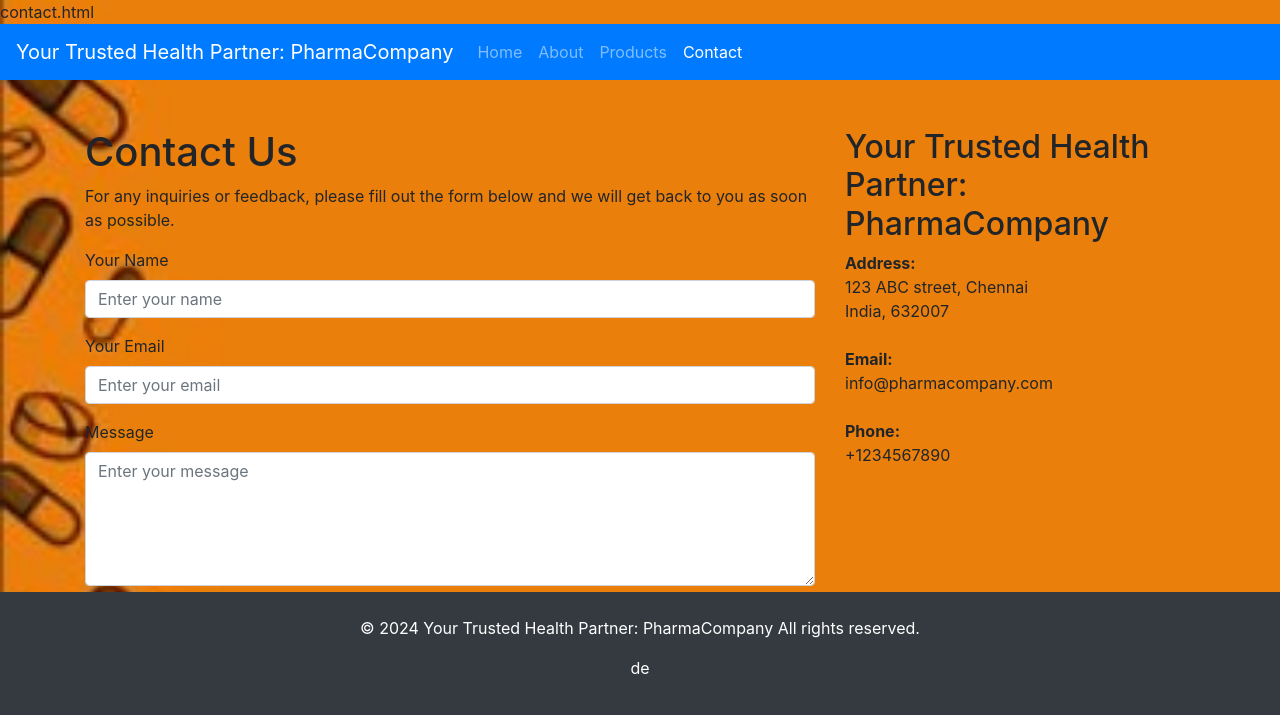
Repository: Oviya24032K6/Pharma
Page: oviya/pharmapp/static/contact.html
These files come from the project's save history. The page is drawn as it stood at one moment and after the next save; the edit follows.
The browser window is 1280 px wide. The pictures show the whole page.

Above is the page before, as saved 2024-05-06 23:30:29.

### oviya/pharmapp/static/contact.html
contact.html

<!DOCTYPE html>
<html lang="en">
<head>
  <meta charset="UTF-8">
  <meta name="viewport" content="width=device-width, initial-scale=1.0">
  <title>Contact Us - Your Trusted Health Partner: PharmaCompany</title>
  <!-- Bootstrap CSS -->
  <link href="https://stackpath.bootstrapcdn.com/bootstrap/4.5.2/css/bootstrap.min.css" rel="stylesheet">
  <!-- Custom CSS -->
  <style>
    body {
      background-image: url("orange.jpg");
      background-size: cover;
      background-repeat: no-repeat;
    }
    footer{
      position: fixed;
      left: 0;
      bottom: 0;
      width: 100%;
      background-color: #000101;
      color: white;
      text-align: center;
      padding: 10px 0;
    }
  </style>
</head>
<body>

  <!-- Navbar -->
  <nav class="navbar navbar-expand-lg navbar-dark bg-primary">
    <a class="navbar-brand" href="#">Your Trusted Health Partner: PharmaCompany</a>
    <button class="navbar-toggler" type="button" data-toggle="collapse" data-target="#navbarSupportedContent" aria-controls="navbarSupportedContent" aria-expanded="false" aria-label="Toggle navigation">
      <span class="navbar-toggler-icon"></span>
    </button>

    <div class="collapse navbar-collapse" id="navbarSupportedContent">
      <ul class="navbar-nav mr-auto">
        <li class="nav-item">
          <a class="nav-link" href="web.html">Home</a>
        </li>
        <li class="nav-item">
          <a class="nav-link" href="innovaion.html">About</a>
        </li>
        <li class="nav-item">
          <a class="nav-link" href="product.html">Products</a>
        </li>
        <li class="nav-item active">
          <a class="nav-link" href="contact.html">Contact <span class="sr-only">(current)</span></a>
        </li>
      </ul>
    </div>
  </nav>

  <!-- Page Content -->
  <div class="container mt-5">
    <div class="row">
      <div class="col-md-8">
        <h1>Contact Us</h1>
        <p>For any inquiries or feedback, please fill out the form below and we will get back to you as soon as possible.</p>
        <form>
          <div class="form-group">
            <label for="name">Your Name</label>
            <input type="text" class="form-control" id="name" placeholder="Enter your name">
          </div>
          <div class="form-group">
            <label for="email">Your Email</label>
            <input type="email" class="form-control" id="email" placeholder="Enter your email">
          </div>
          <div class="form-group">
            <label for="message">Message</label>
            <textarea class="form-control" id="message" rows="5" placeholder="Enter your message"></textarea>
          </div>
          <button type="submit" class="btn btn-primary">Submit</button>
        </form>
      </div>
      <div class="col-md-4">
        <h2>Your Trusted Health Partner: PharmaCompany</h2>
        <address>
          <strong>Address:</strong><br>
          123 ABC street, Chennai<br>
          India, 632007<br><br>
          <strong>Email:</strong><br>
          info@pharmacompany.com<br><br>
          <strong>Phone:</strong><br>
          +1234567890
        </address>
      </div>
    </div>
  </div>

  <!-- Footer -->
  <footer class="bg-dark text-white text-center py-4 mt-5">
    <p>&copy; 2024 Your Trusted Health Partner: PharmaCompany All rights reserved.</p>
    <p>de</p>
  </footer>

  <!-- Bootstrap JS -->
  <script src="https://code.jquery.com/jquery-3.5.1.slim.min.js"></script>
  <script src="https://cdn.jsdelivr.net/npm/popper.js@1.16.1/dist/umd/popper.min.js"></script>
  <script src="https://stackpath.bootstrapcdn.com/bootstrap/4.5.2/js/bootstrap.min.js"></script>
</body>
</html>

After the next save:
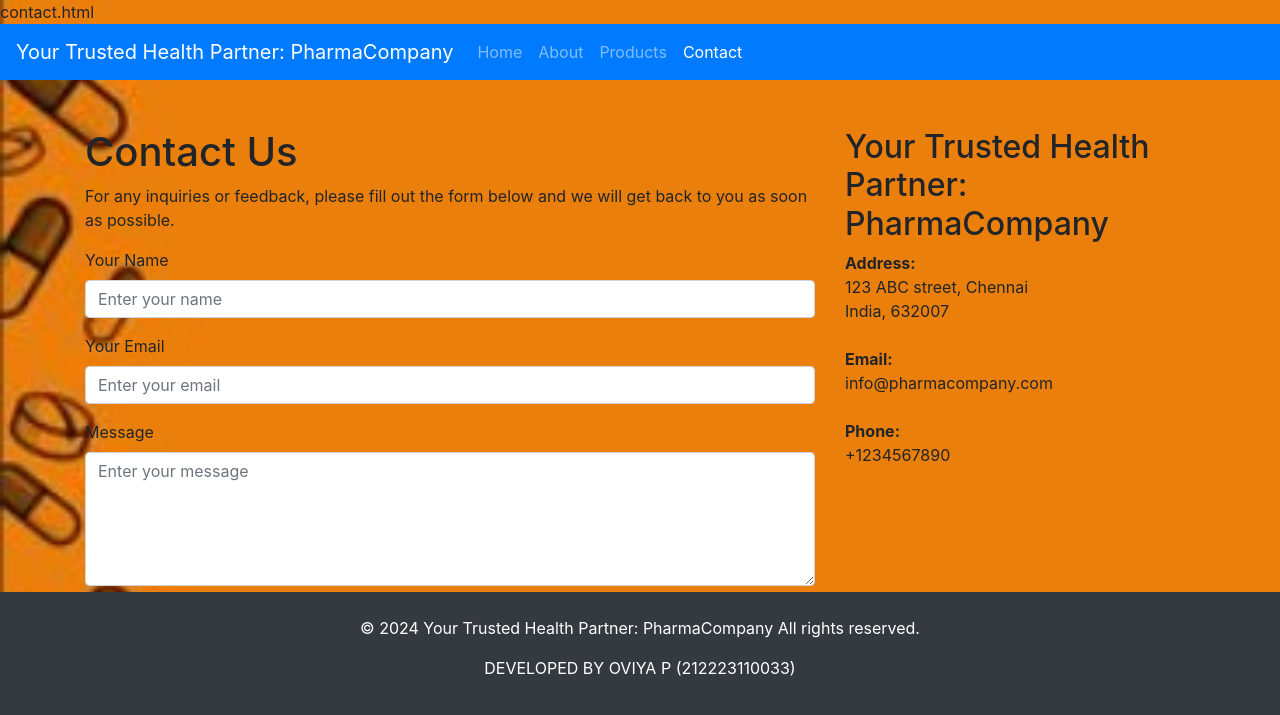
Saved 15 s later.
--- a/oviya/pharmapp/static/contact.html
+++ b/oviya/pharmapp/static/contact.html
@@ -94,7 +94,7 @@ contact.html
   <!-- Footer -->
   <footer class="bg-dark text-white text-center py-4 mt-5">
     <p>&copy; 2024 Your Trusted Health Partner: PharmaCompany All rights reserved.</p>
-    <p>de</p>
+    <p>DEVELOPED BY OVIYA P (212223110033)</p>
   </footer>
 
   <!-- Bootstrap JS -->
